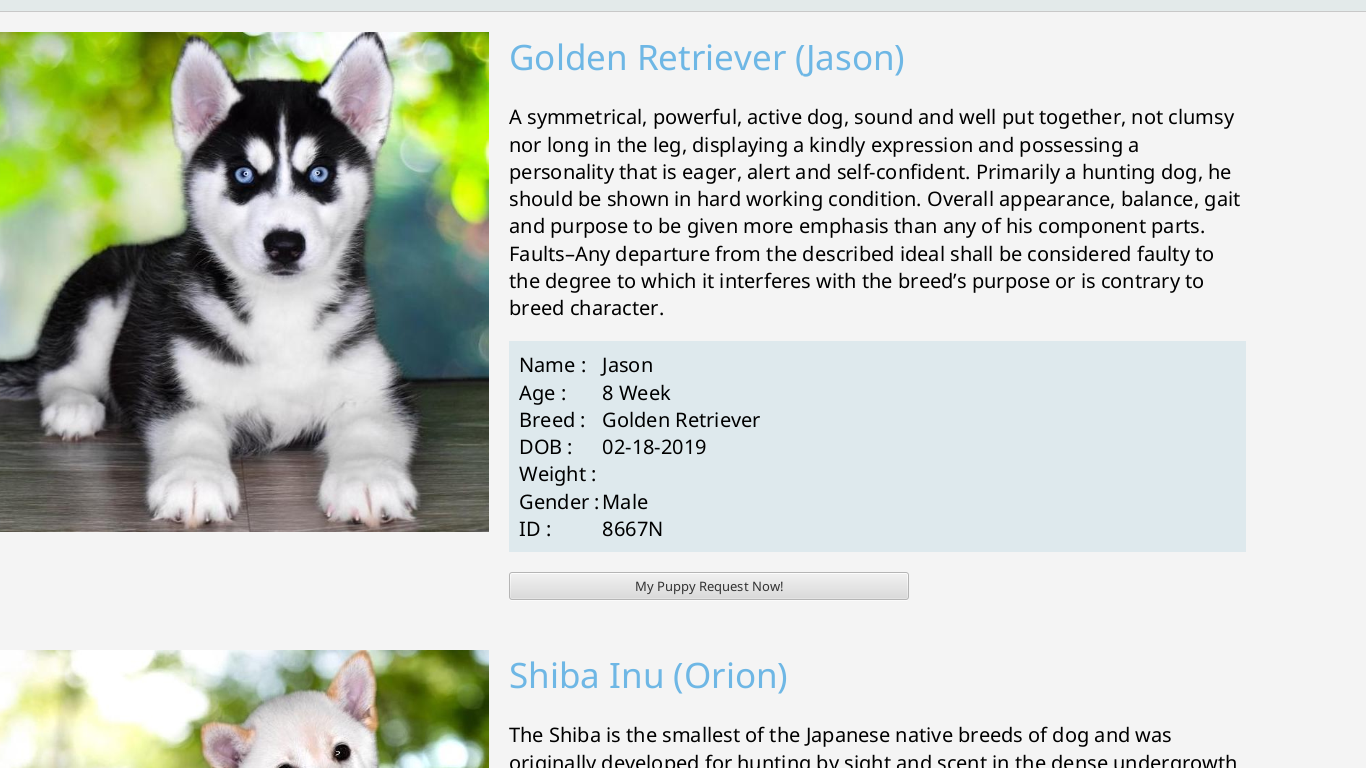
Repository: Cnibungco/CS2450
Program's window: java Assignment4/src/Nursery.java
The author's editor kept a copy of each file at every save. The program's window is drawn from the files as they stood at one save, then again after the next save.
It runs on Java 21 on a 1366 x 768 screen with JavaFX 11; the title bar is not drawn. Parts beyond the screen are cut off. It also reads Assignment4/Pictures/dog1.jpg, Assignment4/Pictures/dog2.jpg.

Above is the program's window before, as saved 2019-05-05 17:42:13.

### Assignment4/src/Nursery.java
import javafx.application.Application;
import javafx.geometry.Insets;
import javafx.geometry.Pos;
import javafx.scene.Scene;
import javafx.stage.Stage;

import javafx.scene.layout.HBox;
import javafx.scene.layout.VBox;
import javafx.scene.text.Font;
import javafx.scene.text.Text;
import javafx.scene.control.Label;
import javafx.scene.control.Menu;
import javafx.scene.control.MenuBar;
import javafx.scene.control.MenuItem;
import javafx.scene.control.ScrollPane;
import javafx.scene.image.Image;
import javafx.scene.image.ImageView;
import javafx.scene.control.Button;


public class Nursery extends Application {

	private MenuBar menuBar;
	private Menu homeItem;

	public static void main(String[] args) {
		// TODO Auto-generated method stub
		launch(args);

	}

	@Override
	public void start(Stage primaryStage) throws Exception {
		// TODO Auto-generated method stub


		Label addressLabel = new Label("24083 SD HWY 50 CHAMBERLAIN, SD, 57325");
		addressLabel.setStyle("-fx-text-fill: white");
		Label emailLabel = new Label("mkwessel@hotmail.com");
		emailLabel.setStyle("-fx-text-fill: white");
		Label phoneLabel = new Label("1-605-680-3097");
		phoneLabel.setStyle("-fx-text-fill: white");

		HBox header1 = new HBox(20, phoneLabel, emailLabel, addressLabel);
		header1.setPadding(new Insets(10));
		header1.setAlignment(Pos.TOP_RIGHT);
		header1.setStyle("-fx-background-color:#7cbcbb");


		Label name1 = new Label("Siberians of");
		name1.setStyle("-fx-font-size:35; -fx-text-fill:#14265b");
		Label name2 = new Label("the Heartland");
		name2.setStyle("-fx-font-size:35; -fx-text-fill:#14265b");
		VBox nameVBox = new VBox(name1, name2);

		Button homeButton = new Button("Home");
		homeButton.setStyle("-fx-text-fill:#14265b");
		Button nurseryButton = new Button("Nursery");
		nurseryButton.setStyle("-fx-text-fill:#14265b");
		Button first8WeeksButton = new Button("First 8 Weeks");
		first8WeeksButton.setStyle("-fx-text-fill:#14265b");
		Button heartlandAdultsButton = new Button("Hearland Adults");
		heartlandAdultsButton.setStyle("-fx-text-fill:#14265b");
		Button adultsForSaleButton = new Button("Adults for Sale");
		adultsForSaleButton.setStyle("-fx-text-fill:#14265b");
		Button puppyGaleeryButton = new Button("Puppy Gallery");
		puppyGaleeryButton.setStyle("-fx-text-fill:#14265b");
		Button kennelsButton = new Button("Kennels");
		kennelsButton.setStyle("-fx-text-fill:#14265b");
		Button ranchHistoryButton = new Button("Ranch History");
		ranchHistoryButton.setStyle("-fx-text-fill:#14265b");
		Button shotsFAQButton = new Button("Shorts/FAQ");
		shotsFAQButton.setStyle("-fx-text-fill:#14265b");
		Button contactButton = new Button("Contact Us");
		contactButton.setStyle("-fx-text-fill:#14265b");
		Button ourArea = new Button("Our Area");
		ourArea.setStyle("-fx-text-fill:#14265b");
		Button commnetsButton = new Button("Comments");
		commnetsButton.setStyle("-fx-text-fill:#14265b");

		HBox tabHBox = new HBox(homeButton, nurseryButton, first8WeeksButton, heartlandAdultsButton, adultsForSaleButton, puppyGaleeryButton, kennelsButton, ranchHistoryButton, shotsFAQButton, contactButton, ourArea, commnetsButton);
		tabHBox.setAlignment(Pos.CENTER_RIGHT);


		homeItem = new Menu("Home");
	//	menuBar.getMenus().add(homeItem);
	//	HBox menuHBox = new HBox(menuBar);




		HBox header2 = new HBox (120, nameVBox, tabHBox);
		header2.setPadding(new Insets(15));

		Label availablePuppies = new Label("Available Puppies");
		availablePuppies.setStyle("-fx-font-size:40; -fx-text-fill:#ef709b");
		HBox availablePuppiesHBox = new HBox(availablePuppies);
		availablePuppiesHBox.setStyle("-fx-background-color:#e3eaea");
		availablePuppiesHBox.setAlignment(Pos.CENTER);
		availablePuppiesHBox.setPadding(new Insets(10));


		Image dog1Image = new Image("file:Pictures/dog1.jpg");
		ImageView dog1ImageView = new ImageView(dog1Image);
		dog1ImageView.setFitHeight(500);
		dog1ImageView.setFitWidth(500);

		Label goldenRetreverLabel = new Label("Golden Retriever (Jason)");
		goldenRetreverLabel.setStyle("-fx-font-size:35; -fx-text-fill:#6eb7e5");
		//goldenRetreverLabel.setFont(new Font(50));
		Text dog1Description = new Text("A symmetrical, powerful, active dog, sound and well put together, not clumsy \nnor long in the leg, displaying a kindly expression and possessing a \npersonality that is eager, alert and self-confident. Primarily a hunting dog, he\nshould be shown in hard working condition. Overall appearance, balance, gait \nand purpose to be given more emphasis than any of his component parts. \nFaults–Any departure from the described ideal shall be considered faulty to\nthe degree to which it interferes with the breed’s purpose or is contrary to\nbreed character.");
		dog1Description.setFont(new Font(20));


		Text dog1NationalCity = new Text("Name :\tJason\nAge :\t8 Week\nBreed :\tGolden Retriever\nDOB :\t02-18-2019\nWeight :\nGender :\tMale\nID :\t\t8667N");
		dog1NationalCity.setStyle("-fx-font-size:20");

		Button dog1RequestButton = new Button("My Puppy Request Now!");
		dog1RequestButton.setMinWidth(400);
		//dog1RequestButton.setStyle("-fx-background-color:#3da8ce");

		VBox dog1NationalCityVBox = new VBox(dog1NationalCity);
		dog1NationalCityVBox.setPadding(new Insets(10));
		dog1NationalCityVBox.setStyle("-fx-background-color:#dee9ed");

		VBox dog1DesVBox = new VBox(20, goldenRetreverLabel, dog1Description,dog1NationalCityVBox, dog1RequestButton);

		HBox dog1HBox = new HBox(20, dog1ImageView, dog1DesVBox);
		dog1HBox.setPadding(new Insets(20));

	/*********************************************/

		Image dog2Image = new Image("file:Pictures/dog2.jpg");
		ImageView dog2ImageView = new ImageView(dog2Image);
		dog2ImageView.setFitHeight(500);
		dog2ImageView.setFitWidth(500);


		Label shibaLabel = new Label("Shiba Inu (Orion)");
		shibaLabel.setStyle("-fx-font-size:35; -fx-text-fill:#6eb7e5");
		//goldenRetreverLabel.setFont(new Font(50));
		Text dog2Description = new Text("The Shiba is the smallest of the Japanese native breeds of dog and was\noriginally developed for hunting by sight and scent in the dense undergrowth\nof Japan’s mountainous areas. Alert and agile with keen senses, he is also an\nexcellent watchdog and companion. His frame is compact with well-developed\nmuscles. Males and females are distinctly different in appearance: males are\nmasculine without coarseness, females are feminine without weakness of\nstructure.");
		dog2Description.setFont(new Font(20));

		Text dog2NationalCity = new Text("Name :\tOrion\nAge :\t10 Week\nBreed :\tShiba Inu\nDOB :\t02-16-2019\nWeight :\t6 lbs 2 oz\nGender :\tMale\nID :\t\t7538B");
		dog2NationalCity.setStyle("-fx-font-size:20");

		Button dog2RequestButton = new Button("My Puppy Request Now!");
		dog2RequestButton.setMinWidth(400);
		//dog1RequestButton.setStyle("-fx-background-color:#3da8ce");

		VBox dog2NationalCityVBox = new VBox(dog2NationalCity);
		dog2NationalCityVBox.setPadding(new Insets(10));
		dog2NationalCityVBox.setStyle("-fx-background-color:#dee9ed");

		VBox dog2DesVBox = new VBox(20, shibaLabel, dog2Description,dog2NationalCityVBox, dog2RequestButton);

		HBox dog2HBox = new HBox(20, dog2ImageView, dog2DesVBox);
		dog2HBox.setPadding(new Insets(20));





		VBox bodyVBox = new VBox(10, dog1HBox, dog2HBox);

		ScrollPane scrollPane = new ScrollPane(bodyVBox);
		scrollPane.setFitToHeight(true);

		VBox vbox = new VBox(header1, header2, availablePuppiesHBox, scrollPane);
		scrollPane.setFitToHeight(true);
		Scene scene = new Scene(vbox);
		primaryStage.setScene(scene);
		primaryStage.show();


	}

}

After the next save:
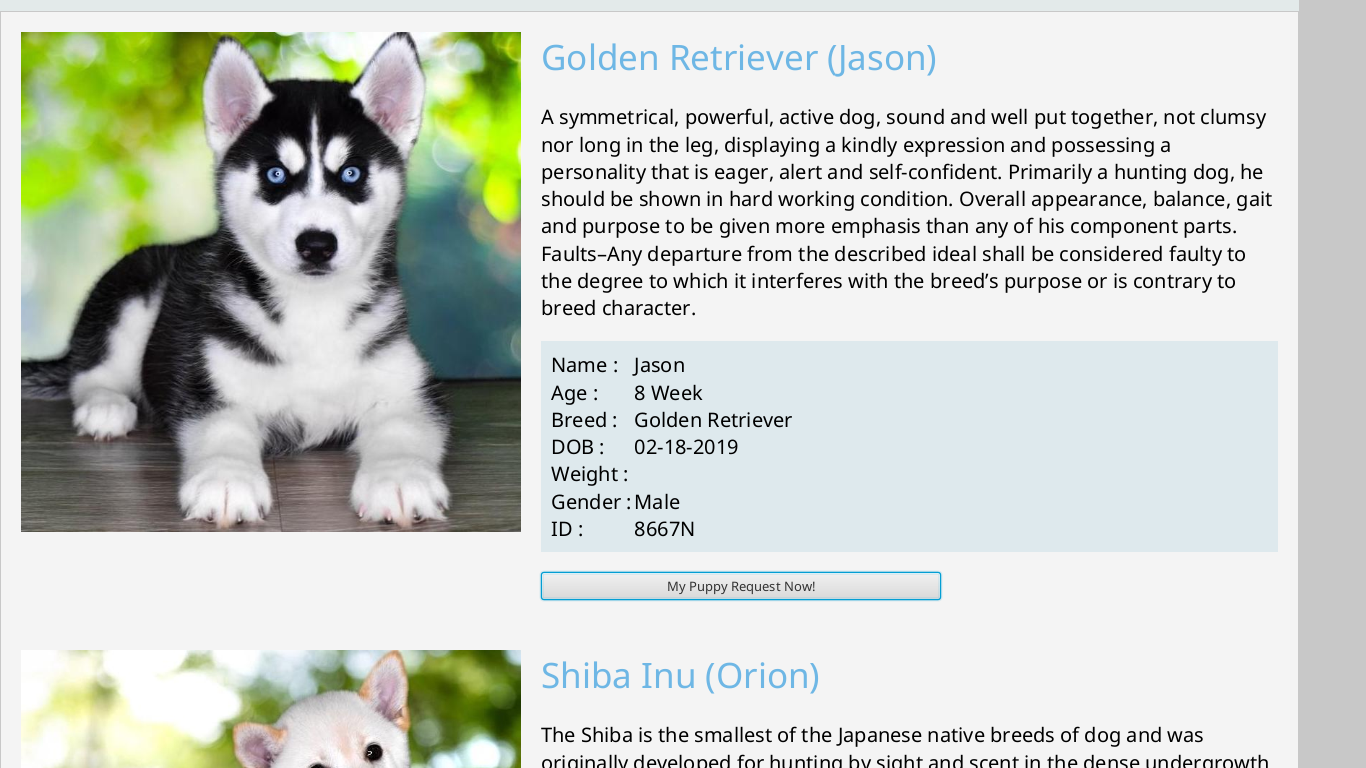
Saved 46 s later.
--- a/Assignment4/src/Nursery.java
+++ b/Assignment4/src/Nursery.java
@@ -81,15 +81,15 @@
 		HBox tabHBox = new HBox(homeButton, nurseryButton, first8WeeksButton, heartlandAdultsButton, adultsForSaleButton, puppyGaleeryButton, kennelsButton, ranchHistoryButton, shotsFAQButton, contactButton, ourArea, commnetsButton);
 		tabHBox.setAlignment(Pos.CENTER_RIGHT);
 
-
+		menuBar = new MenuBar();
 		homeItem = new Menu("Home");
-	//	menuBar.getMenus().add(homeItem);
-	//	HBox menuHBox = new HBox(menuBar);
+		menuBar.getMenus().add(homeItem);
+		HBox menuHBox = new HBox(menuBar);
 
 
 
 
-		HBox header2 = new HBox (120, nameVBox, tabHBox);
+		HBox header2 = new HBox (120, nameVBox, menuHBox);
 		header2.setPadding(new Insets(15));
 
 		Label availablePuppies = new Label("Available Puppies");
